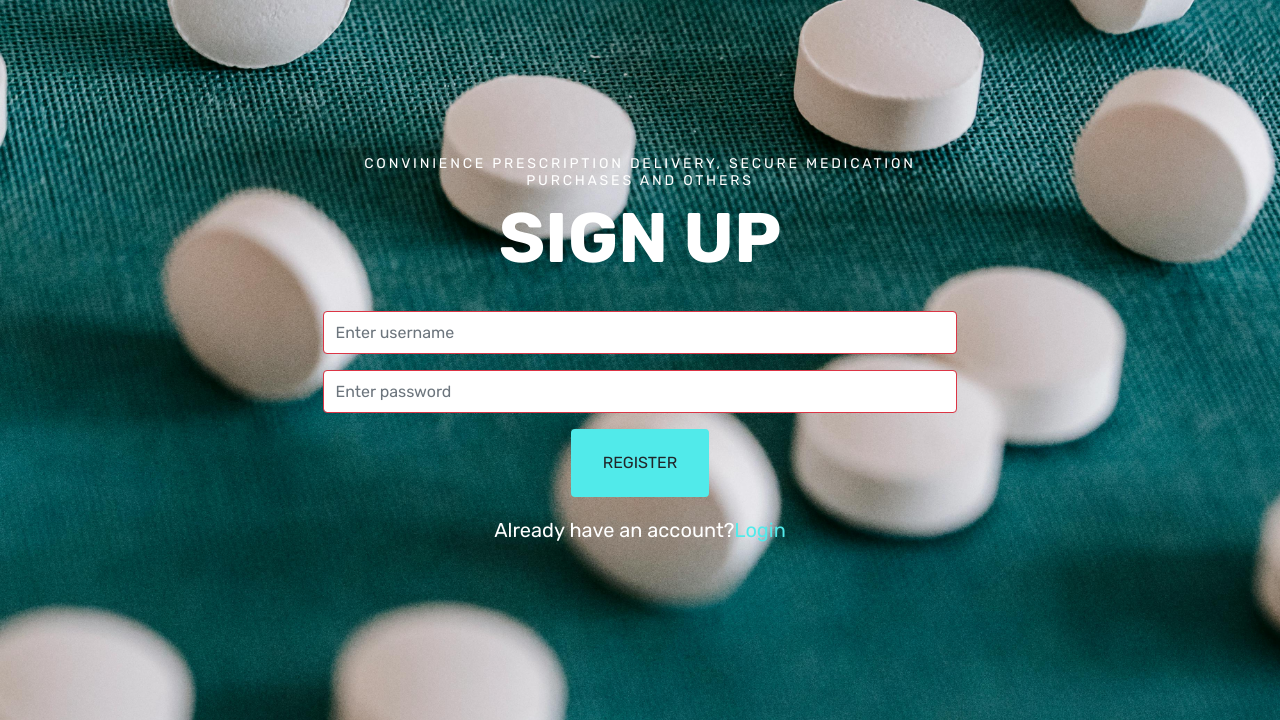
Repository: Argivist/Web-Doctor
Page: http://localhost/login/register.php
These files come from the project's save history. The page is drawn as it stood at one moment and after the next save; the edit follows.
The browser window is 1280 px wide. The pictures show the whole page.
Some web fonts or font styles are not loaded; a fallback is used. The page is run by PHP 8.4 with error messages shown; the project is at /var/www/html/.

Above is the page before, as saved 2024-02-18 17:36:33.

### login/register.php
<!DOCTYPE html>
<html lang="en">

<head>
    <meta charset="UTF-8">
    <meta name="viewport" content="width=device-width, initial-scale=1.0">
    <title>Document</title>
    <link href="https://fonts.googleapis.com/css?family=Rubik:400,700|Crimson+Text:400,400i" rel="stylesheet">
    <link rel="stylesheet" href="fonts/icomoon/style.css">
    <link rel="stylesheet" href="../css/bootstrap.min.css">
    <link rel="stylesheet" href="../css/magnific-popup.css">
    <link rel="stylesheet" href="../css/jquery-ui.css">
    <link rel="stylesheet" href="../css/owl.carousel.min.css">
    <link rel="stylesheet" href="../css/owl.theme.default.min.css">
    <link rel="stylesheet" href="../css/style.css">
    <link rel="stylesheet" href="../css/aos.css">
</head>

<body>
    <div class="site-wrap justify-content-center">

        <div class="site-blocks-cover" style="background-image: url('../img/background/pharmacy_1.jpg');">
            <div class="container">
                <div class="row">
                    <div class="col-lg-7 mx-auto order-lg-2 align-self-center">
                        <div class="site-block-cover-content text-center">
                            <h2 class="sub-title"><?php if (isset($_GET['error'])) {
                                                        echo $_GET['error'];
                                                    } else {
                                                        echo "Convinience Prescription Delivery, Secure Medication Purchases and others";
                                                    } ?></h2>
                            <h1>Sign Up</h1>
                            <form action="../actions/login_user.php" method="POST" class="was-validated">
                                <div class="mb-3 mt-3 ">
                                    <input type="text" class="form-control" id="uname" placeholder="Enter username" name="uname" required>
                                </div>
                                <div class="mb-3">
                                    <input type="password" class="form-control" id="pwd" placeholder="Enter password" name="passwd" required>
                                </div>
                                <div class="mb-3" style="margin-bottom:30px;">
                                    <button type="register" class="btn btn-primary">Register</button>
                                </div>
                                <p>Already have an account?<a href="login.php">Login</a></p>
                            </form>
                        </div>
                    </div>
                </div>

            </div>
</body>

</html>

Loaded but not shown: css/bootstrap.min.css (library); css/magnific-popup.css (library); css/jquery-ui.css (library); css/owl.carousel.min.css (common file); css/owl.theme.default.min.css (common file); css/aos.css (library); css/style.css (1125 lines, source omitted)

After the next save:
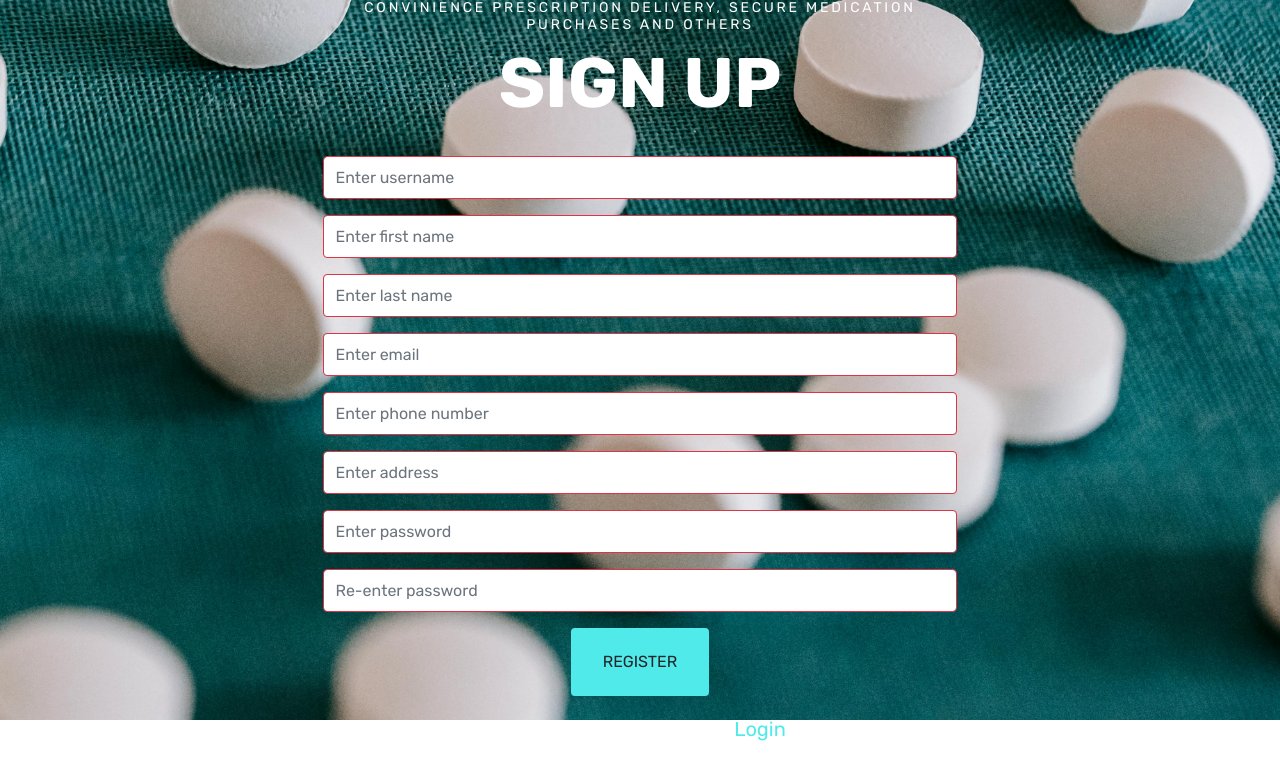
Saved 71 min 25 s later.
--- a/login/register.php
+++ b/login/register.php
@@ -35,10 +35,29 @@
                                     <input type="text" class="form-control" id="uname" placeholder="Enter username" name="uname" required>
                                 </div>
                                 <div class="mb-3">
+                                    <!--firstname-->
+                                    <input type="text" class="form-control" id="fname" placeholder="Enter first name" name="fname" required>
+                                </div>
+                                <div class="mb-3">
+                                    <input type="text" class="form-control" id="lname" placeholder="Enter last name" name="lname" required>
+                                </div>
+                                <div class="mb-3">
+                                    <input type="email" class="form-control" id="email" placeholder="Enter email" name="email" required>
+                                </div>
+                                <div class="mb-3">
+                                    <input type="text" class="form-control" id="phone" placeholder="Enter phone number" name="phone" required>
+                                </div>
+                                <div class="mb-3">
+                                    <input type="text" class="form-control" id="address" placeholder="Enter address" name="address" required>
+                                </div>
+                                <div class="mb-3">
                                     <input type="password" class="form-control" id="pwd" placeholder="Enter password" name="passwd" required>
                                 </div>
+                                <div class="mb-3">
+                                    <input type="password" class="form-control" id="pwd" placeholder="Re-enter password" name="passwd" required>
+                                </div>
                                 <div class="mb-3" style="margin-bottom:30px;">
-                                    <button type="register" class="btn btn-primary">Register</button>
+                                    <button type="submit" class="btn btn-primary">Register</button>
                                 </div>
                                 <p>Already have an account?<a href="login.php">Login</a></p>
                             </form>
